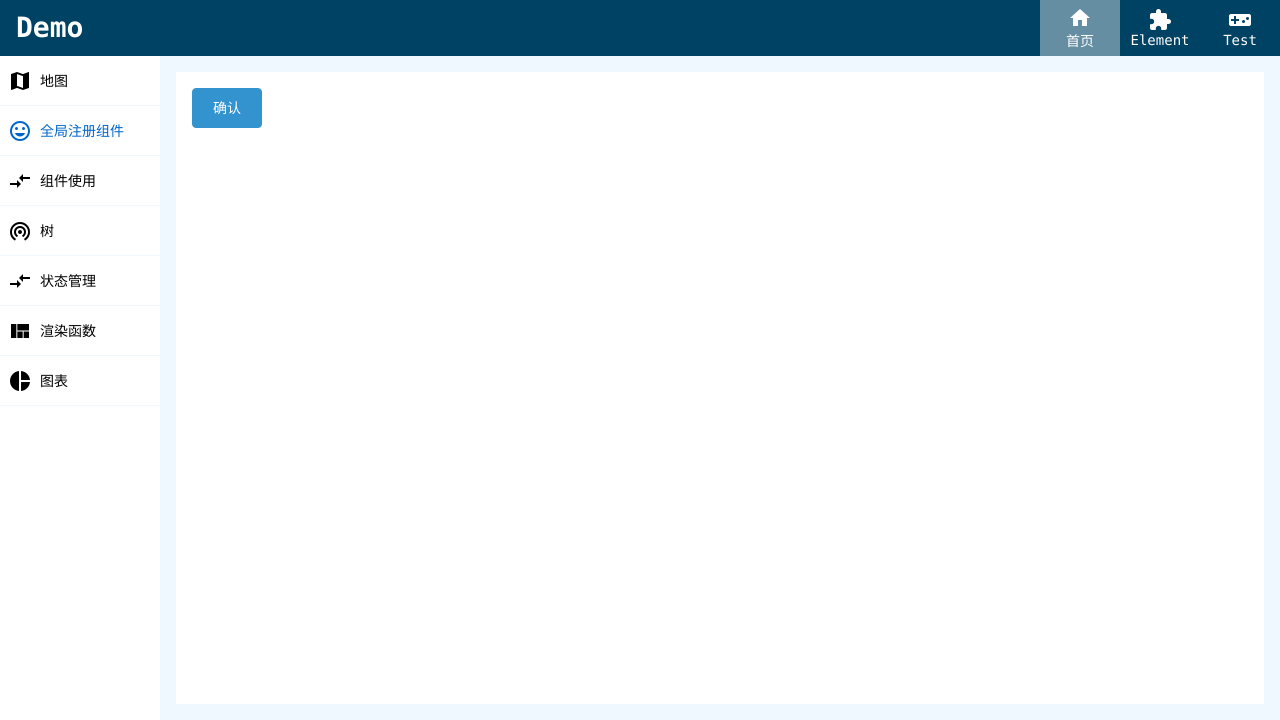
Repository: zh-webliker/element-vue
Page: /Main/Icon
These files come from the project's save history. The page is drawn as it stood at one moment and after the next save; the edit follows.
The browser window is 1280 px wide. The pictures show the whole page.
The project was rebuilt for these pictures with package versions that can differ from the ones it lists, and the page was loaded fresh each time. Also part of the build but not shown: vue.config.js, src/components/baseComponts/Basetitle.vue. Imported but missing from the stored project, and not drawn on this page: src/json/contour, src/json/hl.

Above is the page before, as saved 2020-09-11 16:23:16.

After the next save:
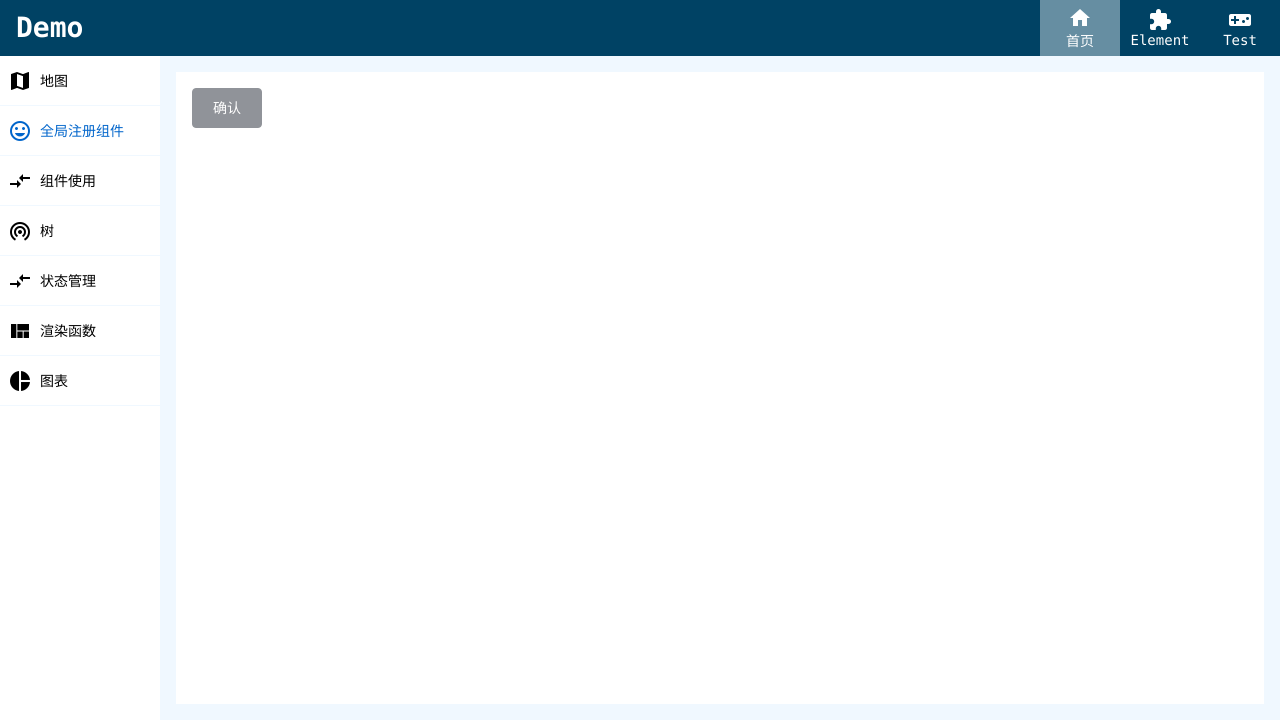
Saved 44 s later.
--- a/src/views/main/Icon.vue
+++ b/src/views/main/Icon.vue
@@ -6,7 +6,12 @@
 
 <script>
   export default {
-    name: "Icon"
+    name: "Icon",
+    data () {
+      return {
+        info: 'info'
+      }
+    }
   }
 </script>
 
